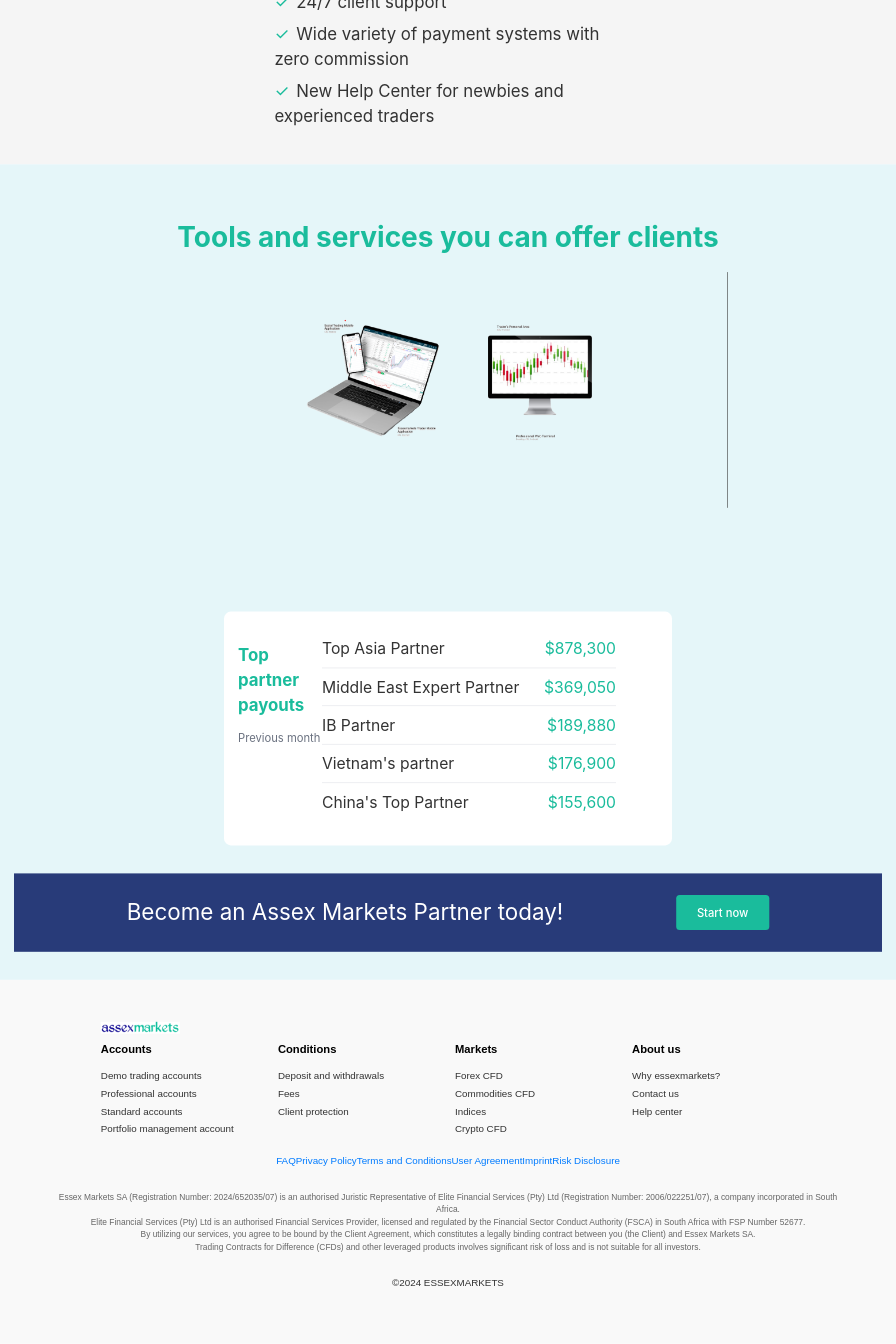
Repository: RevenewMarketing/Assex
Page: /partner
The author's editor kept a copy of each file at every save. The page is drawn from the files as they stood at one save, then again after the next save.
The browser window is 1280 px wide. The pictures show the part of the page from y = 3514 to 5434 px (the page is 5434 px tall), at 70% of full size.
The project was rebuilt for these pictures with package versions that can differ from the ones it lists, and the page was loaded fresh each time. Also part of the build but not shown: vite.config.ts, src/pages/home/sections/HeroSection.module.css, src/pages/home/sections/HeroSection.tsx, src/pages/home/sections/Section2.tsx, src/pages/home/sections/Section3.tsx, src/pages/home/sections/Section4.tsx, src/pages/home/sections/Section5.tsx, src/pages/home/sections/Section6.tsx and 10 more.

Above is the page before, as saved 2024-11-28 01:24:39.

### index.html
<!doctype html>
<html lang="en">
  <head>
    <meta charset="UTF-8" />
    <link rel="icon" type="image/svg+xml" href="/vite.svg" />
    <meta name="viewport" content="width=device-width, initial-scale=1.0" />
    <title>Assex</title>
  </head>
  <body>
    <div id="root"></div>
    <script type="module" src="/src/main.tsx"></script>
  </body>
</html>

### src/index.css
:root {
  font-family: Inter, system-ui, Avenir, Helvetica, Arial, sans-serif;
  line-height: 1.5;
  font-weight: 400;
  color-scheme: light dark;
  color: rgba(255, 255, 255, 0.87);
  background-color: #ffffff;
  font-synthesis: none;
  max-width: 1920px;
  margin: auto;
  text-rendering: optimizeLegibility;
  -webkit-font-smoothing: antialiased;
  -moz-osx-font-smoothing: grayscale;
}

a {
  font-weight: 500;
  color: #646cff;
  text-decoration: inherit;
}

a:hover {
  color: #535bf2;
}

body {
  margin: 0;
  display: flex;
  place-items: center;
  min-width: 320px;
  min-height: 100vh;
  background-color: #FFF;
  /* align-content: center; */
  flex-direction: column;
  justify-content: flex-start;
}

h1 {
  font-size: 3.2em;
  line-height: 1.1;
}

button {
  border-radius: 8px;
  border: 1px solid transparent;
  padding: 0.6em 1.2em;
  font-size: 1em;
  font-weight: 500;
  font-family: inherit;
  background-color: #1a1a1a;
  cursor: pointer;
  transition: border-color 0.25s;
}

button:hover {
  border-color: #646cff;
}

button:focus,
button:focus-visible {
  outline: 4px auto -webkit-focus-ring-color;
}

@media (prefers-color-scheme: light) {
  :root {
    color: #213547;
    background-color: #ffffff;
  }

  a:hover {
    color: #747bff;
  }

  button {
    background-color: #f9f9f9;
  }
}

### src/App.tsx

import './App.css'
// import Navigation from './pages/home/Navigation'
import NavigationMenu from './components/navigation-menu/NavigationMenu'

import { BrowserRouter, Route, Routes } from 'react-router';
import Home from './pages/home/Home';
import Footer from './components/footer-section/Footer';
import About from './pages/about/About';
import Partner from './pages/partner/Partner';

function App() {

  return (
    <>
    <BrowserRouter>
    <NavigationMenu />
    <Routes>
      <Route path="/" element={<Home />} />
      <Route path="/about" element={<About />} />
      <Route path="/partner" element={<Partner />} />
      {/* Define other routes */}
    </Routes>
    <Footer />
  </BrowserRouter>


    </>
  )
}

export default App

### src/App.css
#root {
  max-width: 1920px;
  width: 100%;
  margin: 0 auto;
  padding: 0;
  text-align: center;
}

.logo {
  height: 6em;
  padding: 1.5em;
  will-change: filter;
  transition: filter 300ms;
}
.logo:hover {
  filter: drop-shadow(0 0 2em #646cffaa);
}
.logo.react:hover {
  filter: drop-shadow(0 0 2em #61dafbaa);
}

@keyframes logo-spin {
  from {
    transform: rotate(0deg);
  }
  to {
    transform: rotate(360deg);
  }
}

@media (prefers-reduced-motion: no-preference) {
  a:nth-of-type(2) .logo {
    animation: logo-spin infinite 20s linear;
  }
}

.card {
  padding: 2em;
}

.read-the-docs {
  color: #888;
}

/* Auth Buttons */
.authButtons {
  /* margin-left: auto; */
  display: flex;
  gap: 10px;
}

### src/pages/partner/Partner.tsx
import Section1 from "./sections/Section1"
import Section2 from "./sections/Section2"
import Section3 from "./sections/Section3"
import Section4 from "./sections/Section4"


const Partner = () => {
  return (
    <div>
      <Section1 />
      <Section2 />
      <Section3 />
      <Section4 />
    </div>
  )
}

export default Partner

### src/components/navigation-menu/NavigationMenu.module.css
.navigationContainer {
  position: relative;
  font-family: Arial, sans-serif;
}

/* Navigation Bar */
.navigationBar {
  position: fixed;
  top: 0;
  left: 0;
  width: 100%;
  display: flex;
  background-color: #ffffff;
  padding: 10px 20px;
  box-sizing: border-box;
  z-index: 1001;
  justify-content: center;
}

/* Menu Item Container */
.menuItemContainer {
  margin-right: 20px;
}

/* Menu Items */
.menuItem {
  background: none;
  border: none;
  color: rgb(34, 34, 34);
  font-size: 16px;
  cursor: pointer;
  transition: opacity 0.3s;
}

.menuItem:hover {
  opacity: 0.7;
}

.active {
  opacity: 0.5;
}



.languageSelector {
  margin-left: 20px;
  display: flex;
  align-items: center;
  font-size: 14px;
  color: #000000d8;
  cursor: pointer;
}

.globeIcon {
  margin-right: 5px;

}

/* Submenu */
.submenu {
  position: fixed;
  top: 50px;
  left: 0;
  width: 100%;
  height: 300px;
  background-color: #ffffff;
  box-shadow: 0 4px 8px rgba(0, 0, 0, 0.2);
  padding: 20px;
  box-sizing: border-box;
  z-index: 1000;
  opacity: 0;
  transform: translateY(-100%);
}

.submenuContent {
  display: flex
  ;
      justify-content: flex-start;
      gap: 10dvw;
      padding: 0 5dvw;
}

.submenuSection h4 {
  color: #0000003d;
}

.submenuSection {
  text-align: left;
}

.submenuSection a {
  color: #000000;
  text-decoration: none;
  cursor: pointer;
  transition: color 0.3s;
}

.submenuSection a:hover {
  color: #00b074;
  transition: color 0.3s;
}

/* Fade In Animation */
.fadeIn {
  animation: slide-in-top 0.3s cubic-bezier(0.25, 0.46, 0.45, 0.94) forwards;
}

@keyframes slide-in-top {
  0% {
    transform: translateY(-100%);
    opacity: 0;
  }
  100% {
    transform: translateY(0);
    opacity: 1;
  }
}

/* Fade Out Animation */
.fadeOut {
  animation: slide-out-top 0.3s cubic-bezier(0.25, 0.46, 0.45, 0.94) forwards;
}

@keyframes slide-out-top {
  0% {
    transform: translateY(0);
    opacity: 1;
  }
  100% {
    transform: translateY(-100%);
    opacity: 0;
  }
}

/* Overlay */
.overlay {
  position: fixed;
  top: 50px;
  left: 0;
  width: 100%;
  height: calc(100% - 50px);
  background: rgba(0, 0, 0, 0.5);
  z-index: 999;
  opacity: 0;
  visibility: hidden;
  transition: opacity 0.3s ease, visibility 0.3s ease;
}

.fadeInOverlay {
  opacity: 1;
  visibility: visible;
  backdrop-filter: blur(5px);
}

.fadeOutOverlay {
  opacity: 0;
  visibility: hidden;
}

/* Page Content */
.pageContent {
  /* padding: 80px 20px 20px 20px; */
  transition: opacity 0.3s;
}

.dimmed {
  opacity: 0.3;
}

### src/components/ReusableButton.tsx

import styles from './GlobalComponentStyles.module.css';

type Props = {
  link?: string;
  text: string;
  type: 'register' | 'sign-in' | 'logout' | 'profile' | 'settings' | 'help' | 'free-trial' | 'learn-more' | 'dark' | 'light';
};

export default function ReusableButton({ link, text, type }: Props) {
  return (
      <button
      style={{
        backgroundColor: type === 'register' ? '#19BC9C' :
        type === 'sign-in' ? '#F4F6F7' :
        type === 'logout' ? '#FF6347' :
        type === 'profile' ? '#FFA07A' :
        type === 'settings' ? '#FF7F50' :
        type === 'help' ? '#FFA500' :
        type === 'free-trial' ? '#FFD700' :
        type === 'learn-more' ? '#FF4500' :
        type === 'dark' ? '#4C4B4D' :
        type === 'light' ? '#fff' : '#000',
        color: type === 'dark' ? '#fff' : '#000'
      }}
        className={styles.registerButton}
        onClick={() => window.open(link, '_blank')}
      >{text}
      </button>

  );
}

### src/components/footer-section/FooterStyles.module.css
.footerContainer {
  background-color: #f9f9f9;
  color: #333;
  padding: 60px 20px;
  font-family: Arial, sans-serif;
  font-size: 14px;
  line-height: 1.8;
}

.footerContainer h4 {
  font-size: 16px;
  font-weight: bold;
  margin-bottom: 10px;
  color: #000;
  text-align: left;
  margin-top: 0;
}

.footerContainer ul {
  list-style-type: none;
  padding: 0;
  margin: 0;
  text-align: left;
}

.footerContainer ul li {
  margin-bottom: 0px;
  cursor: pointer;
}

.footerContainer ul li:hover {
  color: #00b894;
}

.footerContainer .columnsContainer {
  display: flex;
  justify-content: space-between;
  gap: 20px;
  flex-wrap: wrap;
  margin-bottom: 40px;
  width: 80%;
  margin: auto;
}

.footerContainer .columnsContainer>div {
  flex: 1;
  min-width: 180px;
  /* Ensures alignment and proper spacing */
}



.footerContainer .linksContainer {
  text-align: center;
  margin: 20px 0 30px;
}

.footerContainer .linksContainer a {
  color: #007bff;
  text-decoration: none;
  margin: 0px;
  font-size: 14px;
}

.footerContainer .linksContainer a:hover {
  text-decoration: underline;
}

.footerContainer .details {
  font-size: 12px;
  color: #666;
  line-height: 1.5;
  margin: 20px auto;
  text-align: center;
  width: 90%;
}

.footerContainer .details p {
  margin-bottom: 15px;
}

.footerContainer .logoContainer {
  text-align: left;
  margin: auto;
  width: 80%;
}

.footerContainer .logoContainer img {
  max-width: 150px;
}

.footerContainer .copyright {
  text-align: center;
  font-size: 14px;
  margin-top: 30px;
}

.details p {
  margin: 0 !important;
}

### src/pages/partner/sections/Section1.tsx
import styles from './Section1.module.css';
import backgroundImage from '../../../assets/pages/Partner/1-hero-banner-partner.jpg';

const section1Content = {
  title: "ASSEX MARKETS PARTNERSHIP PROGRAMS",
  description: "Earn a stable income by introducing clients to a global market leader",
  backgroundImage: backgroundImage, // Replace with your background image path
  buttonLink: "https://my.assexmarkets.com/auth/register",
};

const Section1: React.FC = () => {
  return (
    <section
      style={{
        backgroundImage: `url(${section1Content.backgroundImage})`,
      }}
      className={styles.section1}
    >
      <div className={styles.overlay}></div>
      <div className={styles.content}>
        <h1 className={styles.title}>{section1Content.title}</h1>
        <p className={styles.description}>{section1Content.description}</p>
        <button onClick={
          () => {
            window.open(section1Content.buttonLink, "_blank");
        }} className={styles.startButton}>Start now</button>
      </div>
      <div className={styles.details}>
        <p>2000 Partners</p>
        <p>$12 Million Paid to the partners</p>
        <p>$110K Top partner payout per month</p>
      </div>
    </section>
  );
};

export default Section1;

### src/pages/partner/sections/Section2.tsx

import styles from './Section2.module.css';
import box1 from '../../../assets/pages/Partner/2-section1-icon1.png';
import box2 from '../../../assets/pages/Partner/2-section1-icon2.png';

const section2Content = {
  title: "What we offer",
  cards: [
    {
      icon: box1,
      title: "Introducing Broker Program",
      description: "You get up to 40% of our revenue Earn up to 40% of our revenue from every active trader you refer to us. If they’re trading, you’re earning.",
      buttonText: "Learn more"
    },
    {
      icon: box2,
      title: "Affiliate Program",
      description: "You get up to $1850 of our revenue We are leading the industry with scheduled and attractive payouts. We offer a range of commission plans, so you can choose the best fit for you.",
      buttonText: "Learn more"
    }
  ]
};

const Section2: React.FC = () => {
  return (
    <section className={styles.section2}>

      <h2 className={styles.title}>{section2Content.title}</h2>
      <div className={styles.cardsContainer}>
        {section2Content.cards.map((card, index) => (

          <div key={index} className={styles.card}>
            <img src={card.icon} alt="icon" className={styles.cardIcon} />
            <h3 className={styles.cardTitle}>{card.title}</h3>
            <p className={styles.cardDescription}>{card.description}</p>
            <button className={styles.learnMoreButton}>{card.buttonText}</button>
          </div>
        ))}
      </div>
    </section>
  );
};

export default Section2;

### src/pages/partner/sections/Section3.tsx

import styles from './Section3.module.css';
import globeImage from '../../../assets/pages/Partner/3-section2-card1.png';
import cardsImage1 from '../../../assets/pages/Partner/3-section2-card2.png';
import statsImage from '../../../assets/pages/Partner/3-section2-card3.png';
import phoneImage from '../../../assets/pages/Partner/3-section2-card4.png';
import cardsImage2 from '../../../assets/pages/Partner/3-section2-card5.png';
import cardImage3 from '../../../assets/pages/Partner/3-section2-card6.png';


const section3Content = {
  title: "Why become an Assex Markets partner?",
  images: [
    globeImage,
    cardsImage1,
    statsImage,
    phoneImage,
    cardsImage2,
    cardImage3
  ],
  reasons: [
    "Trusted market leader – Assex Markets brokers are licensed",
    "Highest forex leverage in the market",
    "Instant deposits and withdrawals",
    "24/7 client support",
    "Wide variety of payment systems with zero commission",
    "New Help Center for newbies and experienced traders"
  ]
};

const Section3: React.FC = () => {
  return (
    <section className={styles.section3}>
      <h2 className={styles.title}>{section3Content.title}</h2>
      <div className={styles.featuresContainer}>
        {section3Content.images.map((image, index) => (
          <img key={index} src={image} alt="featured Images"/>
        ))}
      </div>
      <h2 className={styles.reasonsTitle}>Why clients will love us...</h2>
      <ul className={styles.reasonsList}>
        {section3Content.reasons.map((reason, index) => (
          <li key={index} className={styles.reason}>{reason}</li>
        ))}
      </ul>
    </section>
  );
};

export default Section3;

### src/pages/partner/sections/Section4.tsx
import React from 'react';
import styles from './Section4.module.css';
import devicesImage from '../../../assets/pages/Partner/4-section5-devices-image.png';

const section4Content = {
  title: "Tools and services you can offer clients",
  images: [
    {
      src: devicesImage,
      alt: "Devices"
    }
  ],
  payouts: [
    {
      partner: "Top Asia Partner",
      amount: "$878,300"
    },
    {
      partner: "Middle East Expert Partner",
      amount: "$369,050"
    },
    {
      partner: "IB Partner",
      amount: "$189,880"
    },
    {
      partner: "Vietnam's partner",
      amount: "$176,900"
    },
    {
      partner: "China's Top Partner",
      amount: "$155,600"
    }
  ],
  cta: "Become an Assex Markets Partner today!"
};

const Section4: React.FC = () => {
  return (
    <section className={styles.section4}>
      <h2 className={styles.title}>{section4Content.title}</h2>
      <div className={styles.imagesContainer}>
        {section4Content.images.map((image, index) => (
          <div key={index} className={styles.imageWrapper}>
            <img src={image.src} alt={image.alt} className={styles.image} />
          </div>
        ))}
      </div>
      <div className={styles.payoutsContainer}>
        <div className={styles.payoutsContainer_context}>
          <h3 className={styles.payoutsTitle}>Top partner payouts</h3>
          <p className={styles.payoutsSubtitle}>Previous month</p>
        </div>
        <ul className={styles.payoutsList}>
          {section4Content.payouts.map((payout, index) => (
            <li key={index} className={styles.payoutItem}>
              <span className={styles.payoutPartner}>{payout.partner}</span>
              <span className={styles.payoutAmount}>{payout.amount}</span>
            </li>
          ))}
        </ul>
      </div>
      <div className={styles.sectionFooter} >
        <p>Become an Assex Markets Partner today!</p>
        <button className={styles.ctaButton}>Start now</button>
      </div>
    </section>
  );
};

export default Section4;

### src/components/GlobalComponentStyles.module.css


.registerButton {
  background-color: #00b074;
  color: white;
  border: none;
  padding: 8px 16px;
  font-size: 14px;
  border-radius: 4px;
  cursor: pointer;
}

.signInButton {
  background-color: #f4f4f4;
  color: #333;
  border: 1px solid #ccc;
  padding: 8px 16px;
  font-size: 14px;
  border-radius: 4px;
  cursor: pointer;
}

### src/pages/partner/sections/Section1.module.css
.section1 {
  position: relative;
  background-size: cover;
  background-position: center;
  height: 760px;
  display: flex;
  align-items: center;
  justify-content: space-between;
  color: white;
  padding: 0 40px;
}

.overlay {
  position: absolute;
  top: 0;
  right: 0;
  width: 100%; /* Adjusts the gradient coverage */
  height: 100%;

  z-index: 1;
}

.content {
  position: relative;
  z-index: 2;
  max-width: 50%;
  text-align: left;
}

.content p {
  font-size: 1rem;
  line-height: 1.5;
}

.title {
  font-size: 4.5rem;
  font-weight: bold;
  margin-bottom: 20px;
  text-transform: uppercase;
}

.description {
  font-size: 2rem;
  line-height: 1.2;
  margin-bottom: 20px;
}

.startButton {
  padding: 10px 20px;
  background-color: #1ABC9C;
  color: white;
  border: none;
  border-radius: 5px;
  cursor: pointer;
  font-size: 1rem;
}

.details {
  position: relative;
  z-index: 2;
  max-width: 50%;
  text-align: left;
  margin-left: auto;
  width: 375px;
}

.details p {
  font-size: 2rem;
  line-height: 1.5;
}

### src/pages/partner/sections/Section2.module.css
.section2 {
  background-image: url("../../../assets/pages/Homepage/3-Section-3-BG.png");
  background-size: cover;
  background-position: center;
  color: white;
  padding: 40px 20px;
  text-align: center;
  min-height: 50dvh;
}

.title {
  font-size: 5rem;
  margin-bottom: 40px;
}

.cardsContainer {
  display: flex;
  justify-content: space-evenly;

}

.card {
  background-color: white;
  color: #000000;
  border-radius: 10px;
  padding: 3rem;
  flex: 1;
  max-width: 25%;
  text-align: left;
  display: flex;
  flex-direction: column;
  align-items: center;
  justify-content: space-between;
}

.cardIcon {
  width: 40px;
  margin: 0px;
  color: #1ABC9C;
  /* Blue color for the icon */
}

.cardTitle {
  font-size: 2rem;
  margin-bottom: 10px;
  color: #1ABC9C;
  font-weight: 400;
}

.cardDescription {
  font-size: 1.5rem;
  font-weight: 300;
  margin-bottom: 20px;
}

.learnMoreButton {
  padding: 10px 20px;
  background-color: #1ABC9C;
  /* Blue background for the button */
  color: white;
  border: none;
  border-radius: 5px;
  cursor: pointer;
  font-size: 1rem;
}

.learnMoreButton:hover {
  background-color: #1ABC9C;
  /* Darker blue on hover */
}

### src/pages/partner/sections/Section3.module.css
.section3 {
  background-color: #f5f5f5;
  /* Light background */
  color: #333;
  padding: 40px 20px;
  text-align: center;
}

.title {
  font-size: 5rem;
  margin-bottom: 40px;
  color: #1ABC9C;
  /* Blue color for the title */
}

.featuresContainer {
  display: flex;
  justify-content: center;
  gap: 20px;
  flex-wrap: wrap;
  margin-bottom: 40px;
  flex-direction: row;
  max-width: 65%;
  margin: auto;
  position: relative;
}

.featuresContainer img {
  transition: transform 0.3s ease;
}

.featuresContainer img:hover {
  transform: scale(1.05);
  transition: transform 0.3s ease;
  border: 1px solid #1ABC9C;
  border-radius: 10px;
}

.feature {
  background-color: white;
  border-radius: 10px;
  padding: 20px;
  flex: 1;
  max-width: 300px;
  text-align: center;
  box-shadow: 0 4px 8px rgba(0, 0, 0, 0.1);
}

.featureImage {
  max-width: 100%;
  height: auto;
  margin-bottom: 10px;
}

.featureTitle {
  font-size: 1.5rem;
  margin-bottom: 10px;
  color: #1ABC9C;
  /* Blue color for the title */
}

.featureDescription {
  list-style-type: none;
  padding: 0;
}

.featureDescription li {
  font-size: 1rem;
  margin-bottom: 5px;
}

.reasonsTitle {
  font-size: 2rem;
  margin-bottom: 20px;
  color: #1ABC9C;
  font-weight: 300;
}

.reasonsList {
  list-style-type: none;
  padding: 0;
  text-align: left;
  margin: auto;
  max-width: 40%;
}

.reason {
  font-size: 1.5rem;
  margin-bottom: 10px;
}

.reason::before {
  content: "✓";
  color: #1ABC9C;
  /* Blue color for the checkmark */
  margin-right: 10px;
}

### src/pages/partner/sections/Section4.module.css
.section4 {
  background-color: #e5f6f9; /* Light green background */
  color: #333;
  padding: 40px 20px;
  text-align: center;
  position: relative;
}

.title {
  font-size: 2.5rem;
  margin-bottom: 20px;
  color: #1ABC9C; /* Blue color for the title */
}

.imagesContainer {
  display: flex;
  justify-content: center;
  margin-bottom: 40px;
}

.imageWrapper {
  position: relative;
  width: 100%;
  max-width: 800px;
}

.image {
  width: 100%;
  height: auto;
}

.payoutsContainer {
  background-color: white;
  padding: 20px;
  border-radius: 10px;
  max-width: 600px;
  margin: 0 auto 40px;
  text-align: left;
  display: flex;
}

.payoutsContainer_context{
  width: 20%;
}

.payoutsContainer  ul {
  width: 70%;
}

.payoutsTitle {
  font-size: 1.5rem;
  margin-bottom: 10px;
  color: #1ABC9C; /* Blue color for the title */
}

.payoutsSubtitle {
  font-size: 1rem;
  margin-bottom: 20px;
  color: #6b7280; /* Gray color for the subtitle */
}

.payoutsList {
  list-style-type: none;
  padding: 0;
}

.payoutItem {
  display: flex;
  justify-content: space-between;
  margin-bottom: 10px;
  border-bottom: 1px solid #e5e7eb;
  padding-bottom: 10px;
}

.payoutItem:last-child {
  border-bottom: none;
  padding-bottom: 0;
}

.payoutPartner {
  font-size: 1.4rem;
  color: #333;
}

.payoutAmount {
  font-size: 1.4rem;
  color: #1ABC9C; /* Blue color for the amount */
}

.sectionFooter {
  width: 100%;
  background-color: #283B79;
  /* padding: 20px; */
  color: white;
  display: flex
;
  flex-direction: row;
  flex-wrap: wrap;
  justify-content: space-evenly;
  align-items: center;
}

.sectionFooter p {
  font-size: 2rem;
}

.ctaButton {
  padding: 15px 30px;
  background-color: #1ABC9C; /* Blue background for the button */
  color: white;
  border: none;
  border-radius: 5px;
  cursor: pointer;
  font-size: 1rem;
  position: relative;
  z-index: 1;
}

.ctaButton:hover {
  background-color: #1ABC9C; /* Darker blue on hover */
}

Loaded but not shown: src/main.tsx (common file); src/components/navigation-menu/NavigationMenu.tsx (254 lines, source omitted); src/components/footer-section/Footer.tsx (87 lines, source omitted)

After the next save:
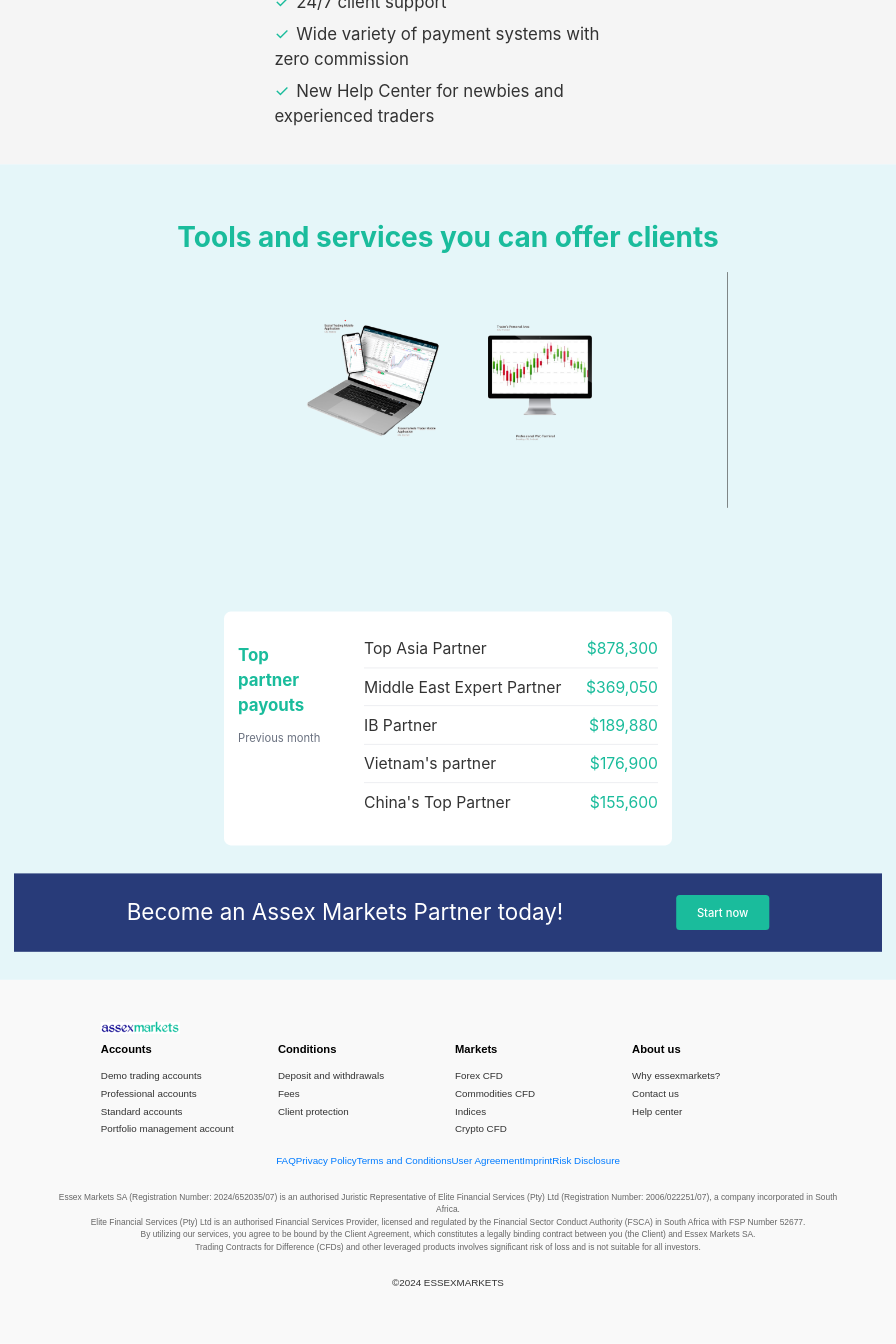
Saved 18 s later.
--- a/src/pages/partner/sections/Section4.module.css
+++ b/src/pages/partner/sections/Section4.module.css
@@ -36,7 +36,9 @@
   max-width: 600px;
   margin: 0 auto 40px;
   text-align: left;
-  display: flex;
+  display: flex
+  ;
+      justify-content: space-between;
 }
 
 .payoutsContainer_context{
